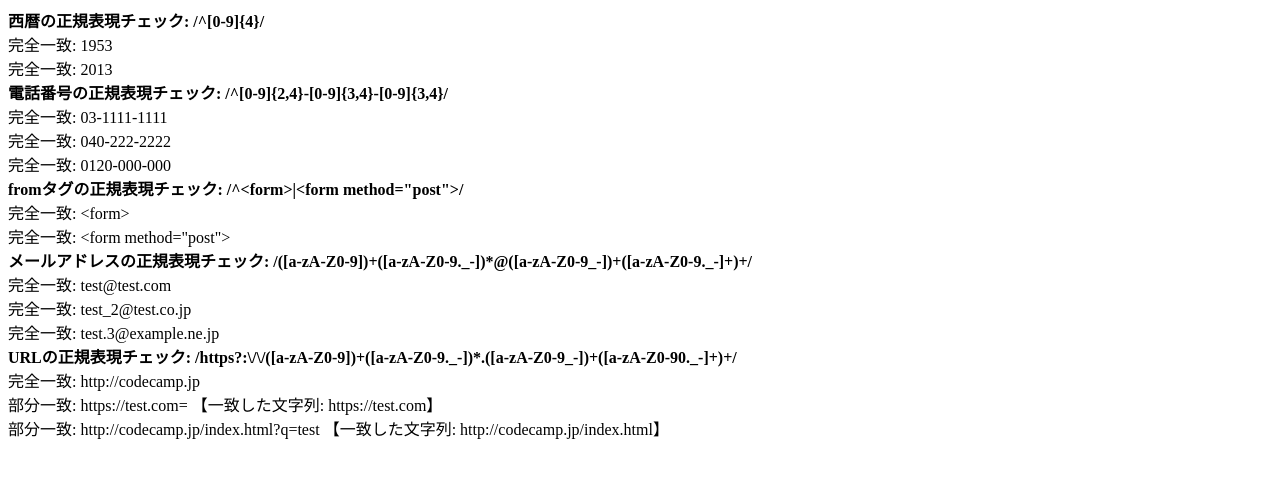
Repository: kawahito05-work/dc_work_nakano_kawahito_php
Page: http://localhost/htdocs/php17/challenge_preg_match.php
The author's editor kept a record of every edit. The page is drawn from the files as they stood at one moment, then again after the next edit.
The browser window is 1280 px wide. The pictures show the whole page.
The page is run by PHP 8.4 with error messages shown; the project is at /var/www/html/.

Above is the page before.

After the next edit:
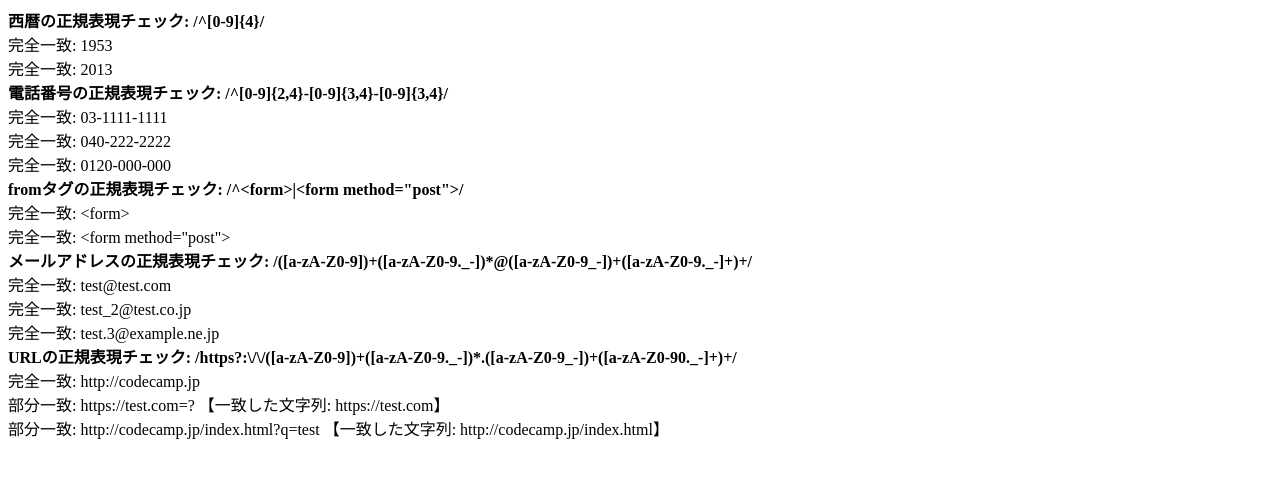
The edit:
--- a/htdocs/php17/challenge_preg_match.php
+++ b/htdocs/php17/challenge_preg_match.php
@@ -21,7 +21,7 @@
 $regexp_url   = '/https?:\/\/([a-zA-Z0-9])+([a-zA-Z0-9._-])*.([a-zA-Z0-9_-])+([a-zA-Z0-90._-]+)+/'; // URLの正規表現を入力
 //$regexp_url   = '#http://([a-zA-Z0-9])+([a-zA-Z0-9._-])*.([a-zA-Z0-9_-])+([a-zA-Z0-9._-]+)+|https://([a-zA-Z0-9])+([a-zA-Z0-9._-])*.([a-zA-Z0-9_-])+([a-zA-Z0-9._-]+)+#'; // URLの正規表現を入力
 $check_url[0] = 'http://codecamp.jp';
-$check_url[1] = 'https://test.com=';
+$check_url[1] = 'https://test.com=?';
 $check_url[2] = 'http://codecamp.jp/index.html?q=test';
 ////////////////////////////////////////////////////////
 // これ以降の処理はソースコード変更を行わないようにしてください。
